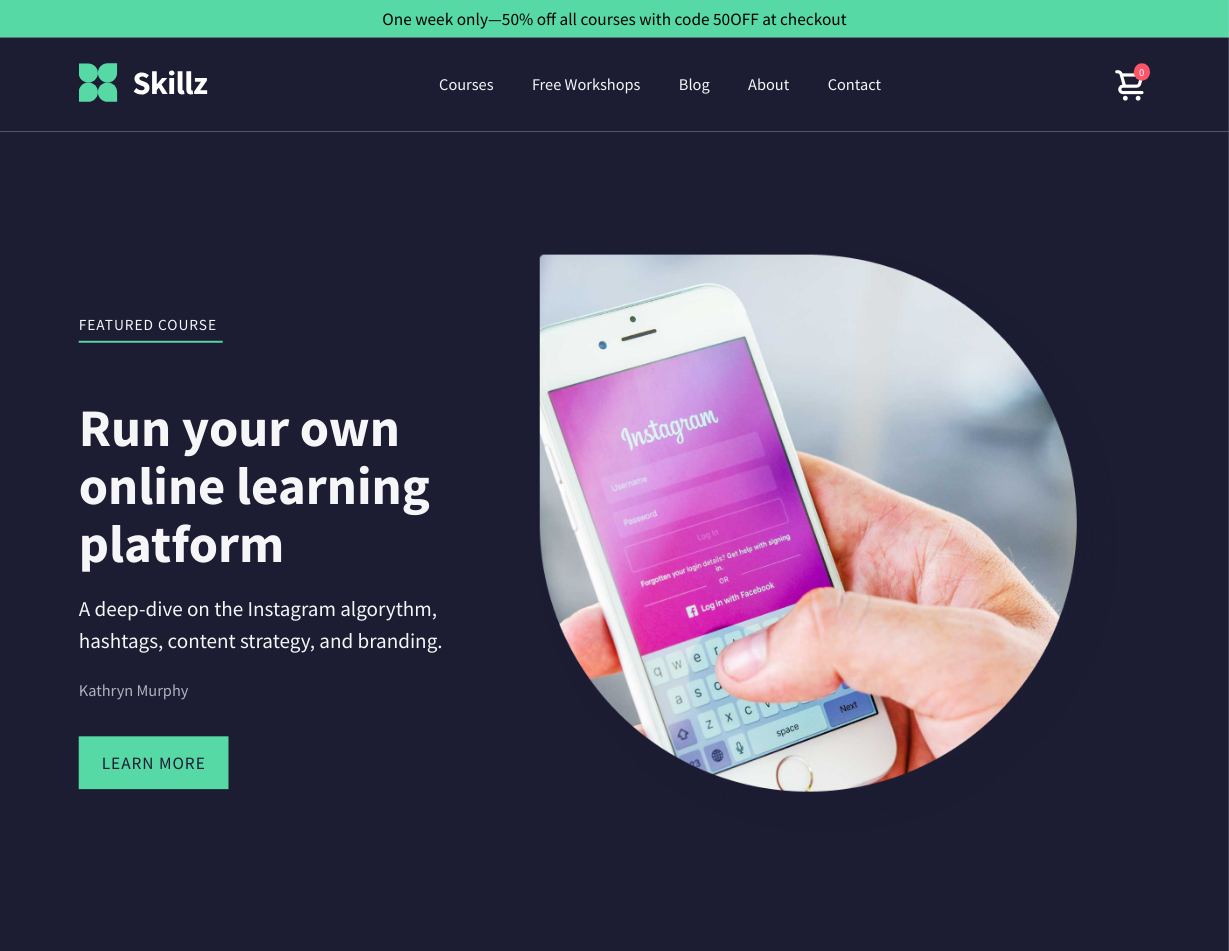
Repository: saidabbasun/skillz
Page: /
The author's editor kept a copy of each file at every save. The page is drawn from the files as they stood at one save, then again after the next save.
The browser window is 1280 px wide. The pictures show the whole page, at 96% of full size.
The project was rebuilt for these pictures with package versions that can differ from the ones it lists, and the page was loaded fresh each time.

Above is the page before, as saved 2022-06-13 04:37:40.

After the next save:
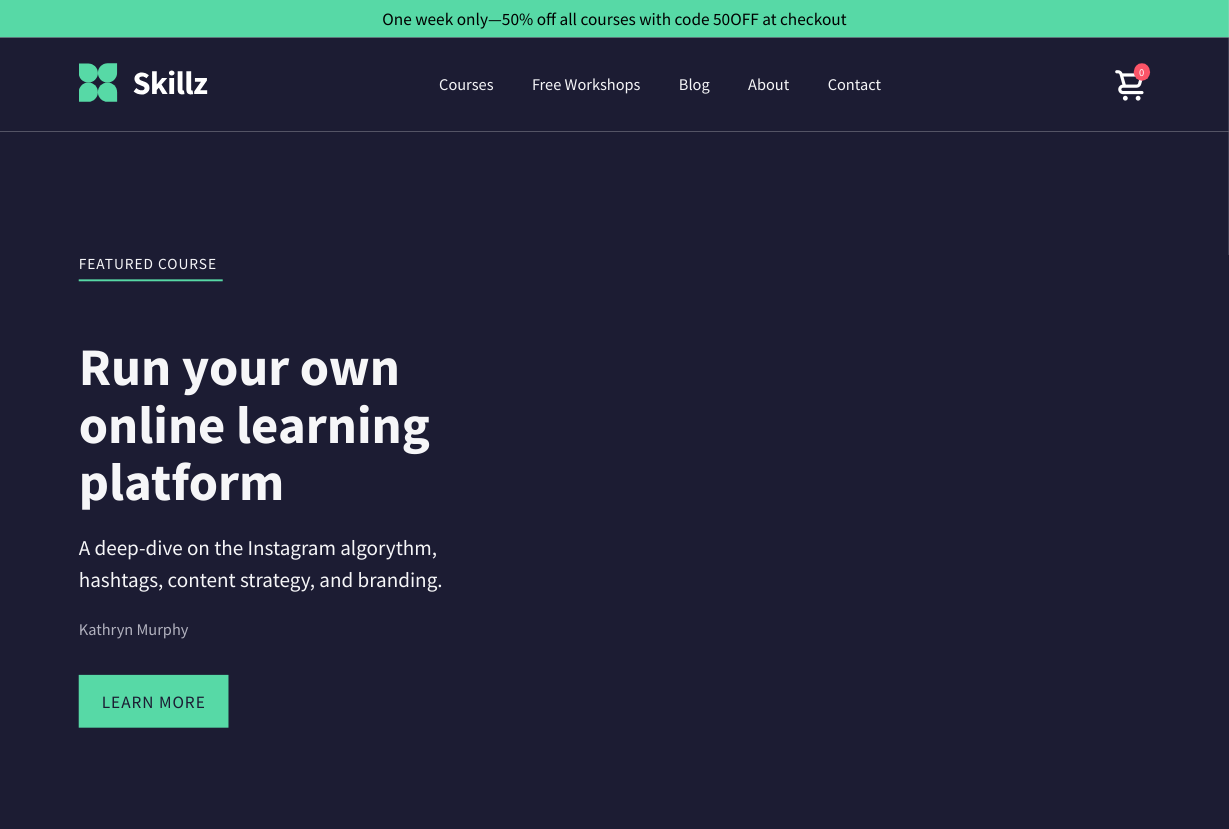
Saved 11 s later.
--- a/src/styles/Home.scss
+++ b/src/styles/Home.scss
@@ -64,8 +64,7 @@
 .bgRectangle{
     position: relative;
 
-    width: 614px;
-    height: 614px;
+
     border-radius: 50%;
     border-top-left-radius: 0;
 

After the save that followed:
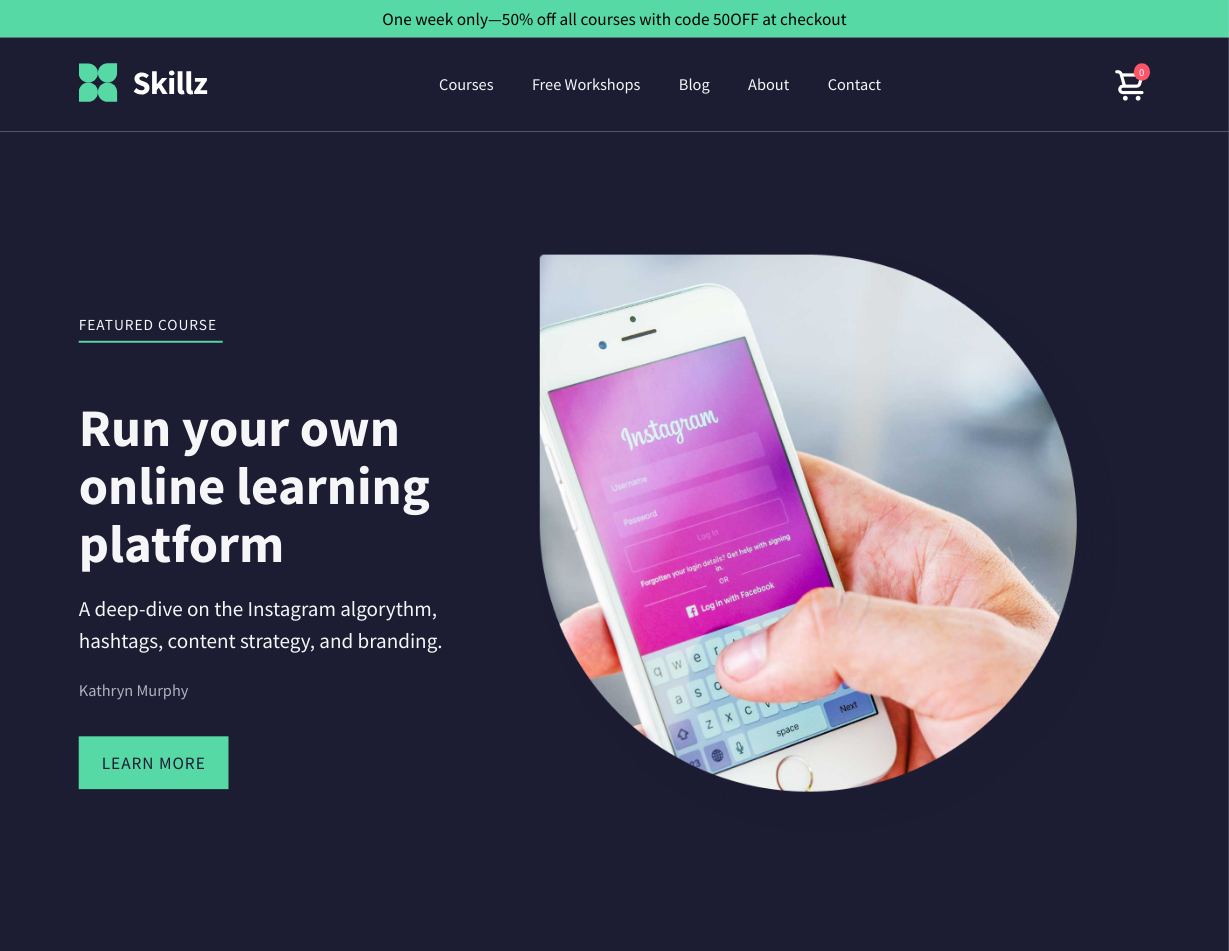
Saved 5 s later.
--- a/src/styles/Home.scss
+++ b/src/styles/Home.scss
@@ -64,7 +64,8 @@
 .bgRectangle{
     position: relative;
 
-
+    width: 614px;
+    height: 614px;
     border-radius: 50%;
     border-top-left-radius: 0;
 
